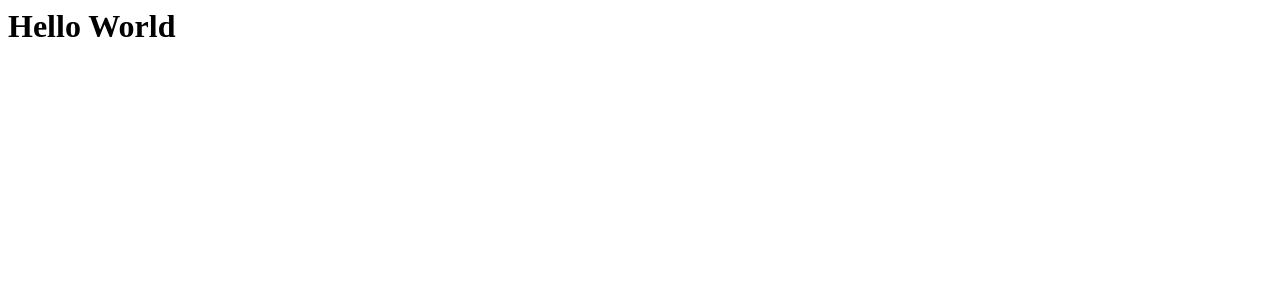
Repository: meanmodemoda/msdv-data-structures
Page: http://localhost/
The author's editor kept a record of every edit. The page is drawn from the files as they stood at one moment, then again after the next edit.
The browser window is 1280 px wide. The pictures show the whole page.
The page is served by the project's Node server (server.js).

Above is the page before.

After the next edit:
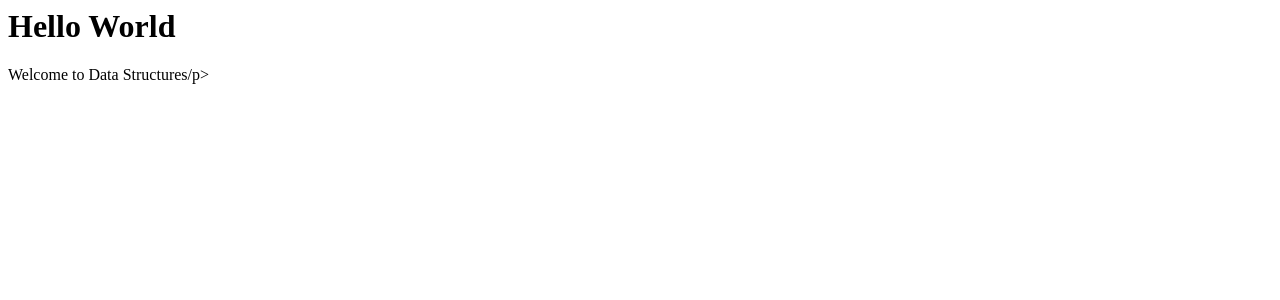
The edit:
--- a/server.js
+++ b/server.js
@@ -9,7 +9,7 @@
 const server = http.createServer((req, res) => {
     res.statusCode = 200;
     res.setHeader('Content-Type','text/html');
-    res.end('<h1>Hello World</h1><p></p>');
+    res.end('<h1>Hello World</h1><p>Welcome to Data Structures/p>');
 });
 //control c to stop server from running first
 //save and rerun
